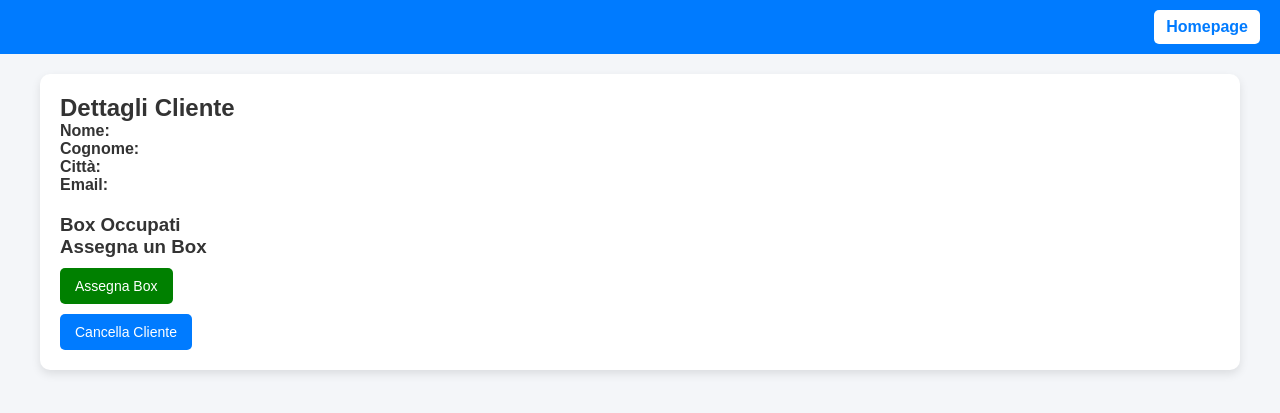
Repository: LorenzoColombo3/BoxMenager
Page: http://localhost/customerdetailpage
The author's editor kept a copy of each file at every save. The page is drawn from the files as they stood at one save, then again after the next save.
The browser window is 1280 px wide. The pictures show the whole page.
The page is this project's Thymeleaf template; nobody is signed in. The template is opened directly, without the code that normally fills it, so the values that code supplies are empty.

Above is the page before, as saved 2025-02-11 17:29:12.

After the next save:
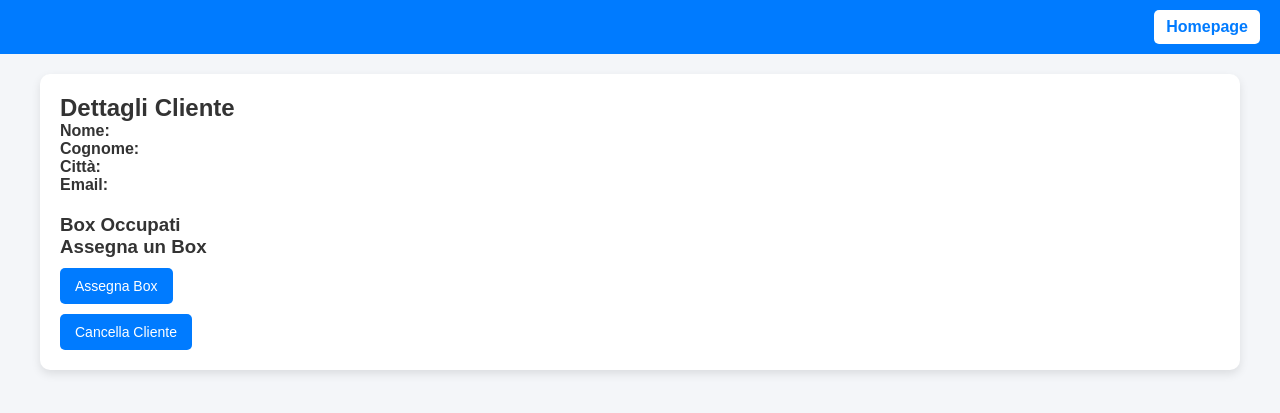
Saved 64 s later.
--- a/box_manager/src/main/resources/static/css/customerdetail.css
+++ b/box_manager/src/main/resources/static/css/customerdetail.css
@@ -90,10 +90,10 @@ button {
     cursor: pointer;
     transition: background-color 0.3s;
 }
-.add-box-btn {
-    background-color: green;
-    color: white;
+.add-box-btn:hover{
+    background-color: #d9534f; /* Rosso */
 }
+
 
 
 .delete-btn:hover{
